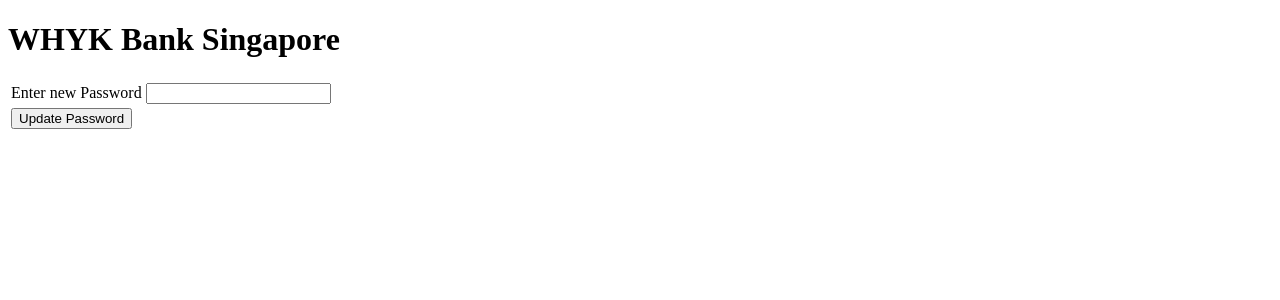
Repository: LingWenXing/java-fundamentals
Page: BankApplicationSystem/src/main/webapp/changePassword.html
These files come from the project's save history. The page is drawn as it stood at one moment and after the next save; the edit follows.
The browser window is 1280 px wide. The pictures show the whole page.

Above is the page before, as saved 2022-04-15 08:58:57.

After the next save:
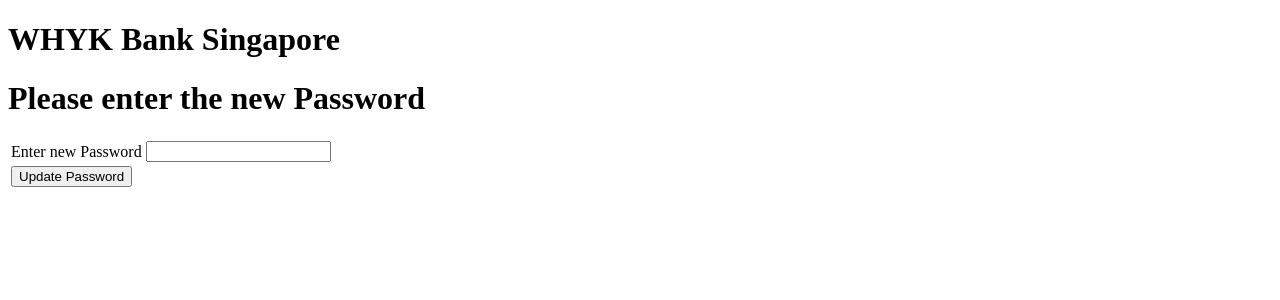
Saved 74 s later.
--- a/BankApplicationSystem/src/main/webapp/changePassword.html
+++ b/BankApplicationSystem/src/main/webapp/changePassword.html
@@ -11,6 +11,7 @@
 				<h1>WHYK Bank Singapore</h1>
 			</div>
 		</div>
+		<h1>Please enter the new Password</h1>
 	</header>
 	<form action="/BankApplicationSystem/ChangePassword">
 		<table>
